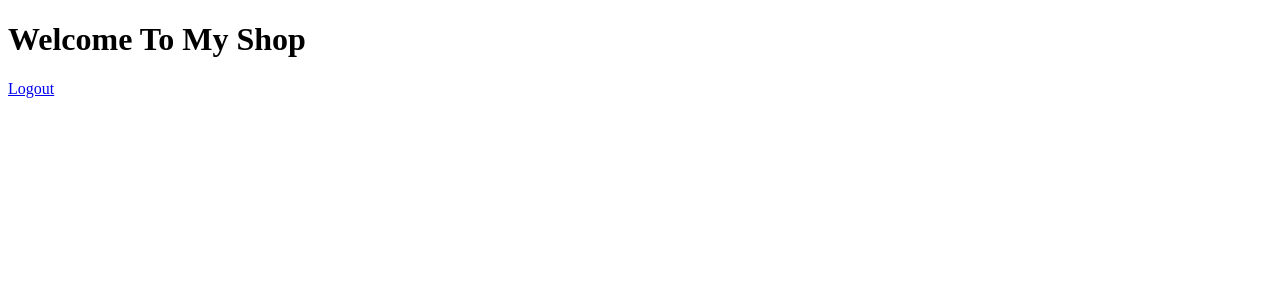
Repository: DeepikaBotla77/Ecommerce
Page: /home
These files come from the project's save history. The page is drawn as it stood at one moment and after the next save; the edit follows.
The browser window is 1280 px wide. The pictures show the whole page.
The project was rebuilt for these pictures with package versions that can differ from the ones it lists, and the page was loaded fresh each time. Also part of the build but not shown: vite.config.js, src/component/Login.jsx, src/component/Register.jsx.

Above is the page before, as saved 2026-06-30 10:57:08.

### index.html
<!doctype html>
<html lang="en">
  <head>
    <meta charset="UTF-8" />
    <link rel="icon" type="image/svg+xml" href="/favicon.svg" />
    <meta name="viewport" content="width=device-width, initial-scale=1.0" />
    <title>eww</title>
  </head>
  <body>
    <div id="root"></div>
    <script type="module" src="/src/main.jsx"></script>
  </body>
</html>

### src/main.jsx
import React from "react";
import ReactDOM from "react-dom/client";
import App from "./App";
import { BrowserRouter } from "react-router-dom";

ReactDOM.createRoot(document.getElementById("root")).render(
  <BrowserRouter>
    <App />
  </BrowserRouter>
);

### src/App.jsx
import { Routes, Route } from "react-router-dom";
import Login from "./component/Login";
import Register from "./component/Register";
import Home from "./component/Home";

function App() {
  return (
    <Routes>
      <Route path="/" element={<Login />} />
      <Route path="/register" element={<Register />} />
      <Route path="/home" element={<Home />} />
    </Routes>
  );
}

export default App;

### src/component/Home.jsx

import { Link } from "react-router-dom";

function Home() {

  return (
    <div>

      <h1>Welcome To My Shop</h1>

      <Link to="/">Logout</Link>


    </div>
  );
}

export default Home;

After the next save:
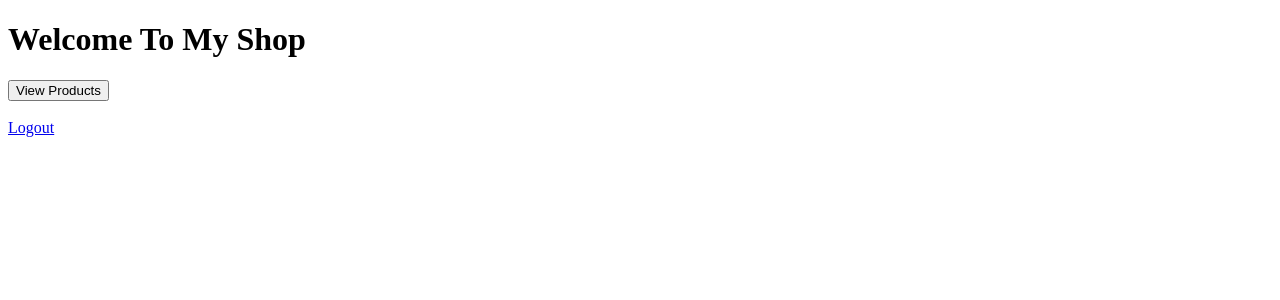
Saved 16 s later.
--- a/src/component/Home.jsx
+++ b/src/component/Home.jsx
@@ -1,16 +1,17 @@
-
 import { Link } from "react-router-dom";
 
 function Home() {
-
   return (
     <div>
-
       <h1>Welcome To My Shop</h1>
 
+      <Link to="/products">
+        <button>View Products</button>
+      </Link>
+
+      <br /><br />
+
       <Link to="/">Logout</Link>
-
-
     </div>
   );
 }
